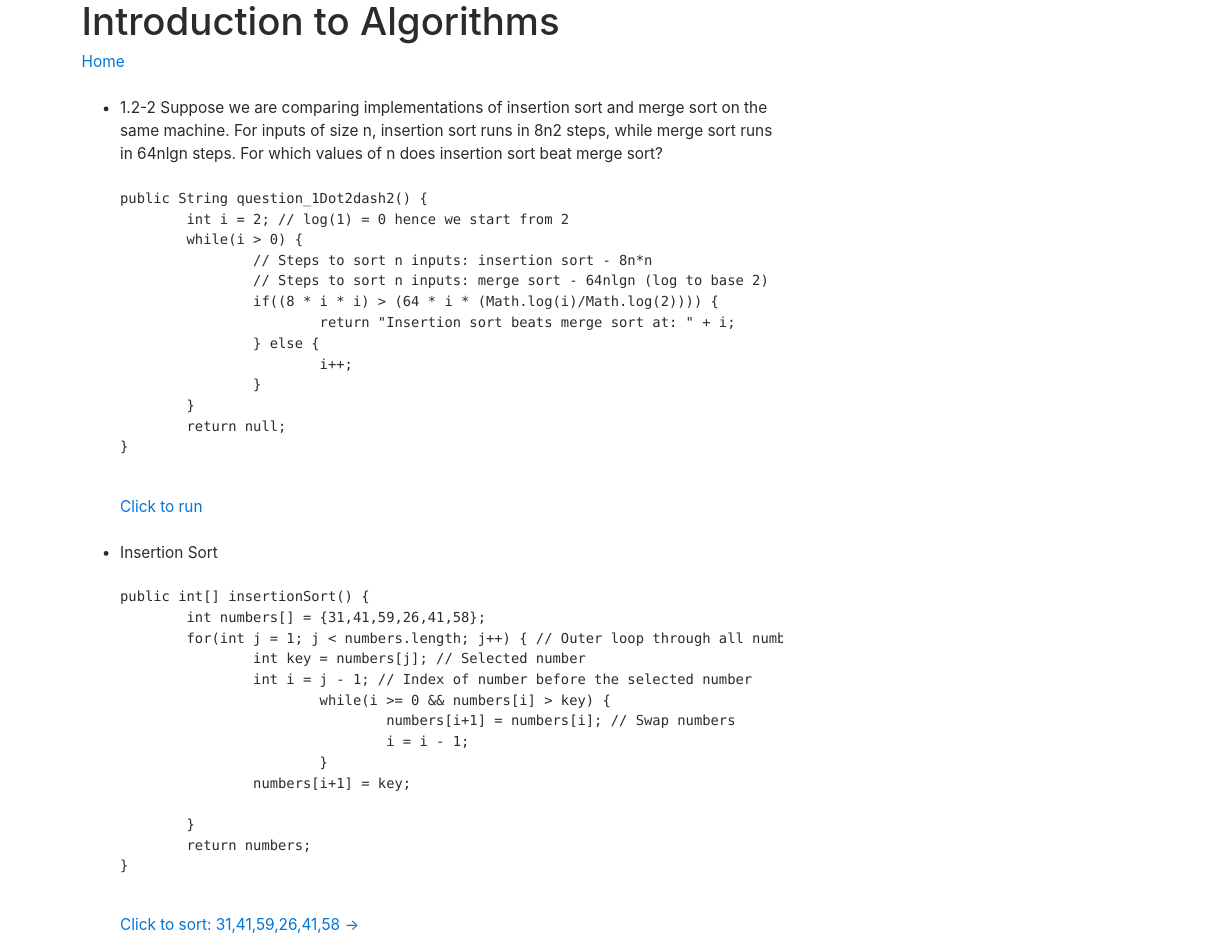
Repository: baltejas/algorithms
Page: http://localhost/algorithms/WEB-INF/views/index.jsp
The author's editor kept a copy of each file at every save. The page is drawn from the files as they stood at one save, then again after the next save.
The browser window is 1280 px wide. The pictures show the whole page, at 96% of full size.
The page is served by Tomcat 9. Nobody is signed in. Other server files are loaded and not shown. The template is opened directly, without the code that normally fills it, so the values that code supplies are empty.

Above is the page before, as saved 2017-05-07 00:42:09.

### algorithms/src/main/webapp/WEB-INF/views/index.jsp
<html>
	<head>
		<link rel="stylesheet" href="resources/css/bootstrap.css">
	</head>
	<body>
		<div class="container">
		<h1>Introduction to Algorithms</h1>
		<a href="/algorithms/list">Home</a>
			<div class="mt-4 row">
				<div class="col-md-8">
					<ul>
						<li>1.2-2 Suppose we are comparing implementations of insertion sort and merge sort on the same machine.
							For inputs of size n, insertion sort runs in 8n2 steps, while merge sort runs in 64nlgn steps.
							For which values of n does insertion sort beat merge sort?<br><br>
								<pre>
public String question_1Dot2dash2() {
	int i = 2; // log(1) = 0 hence we start from 2
	while(i > 0) {
		// Steps to sort n inputs: insertion sort - 8n*n
		// Steps to sort n inputs: merge sort - 64nlgn (log to base 2)
		if((8 * i * i) > (64 * i * (Math.log(i)/Math.log(2)))) {
			return "Insertion sort beats merge sort at: " + i;
		} else {
			i++;
		}
	}
	return null;
}
								</pre>
						<a href="/algorithms/question_1Dot2dash2">Click to run</a>
						<label>${answer}</label>
						</li>

						<li class="mt-4">Insertion Sort<br><br>
								<pre>
public int[] insertionSort() {
	int numbers[] = {31,41,59,26,41,58};
	for(int j = 1; j < numbers.length; j++) { // Outer loop through all numbers
		int key = numbers[j]; // Selected number
		int i = j - 1; // Index of number before the selected number
			while(i >= 0 && numbers[i] > key) {
				numbers[i+1] = numbers[i]; // Swap numbers
				i = i - 1;
			}
		numbers[i+1] = key;

	}
	return numbers;
}
								</pre>
						<a href="/algorithms/insertionSort">Click to sort: 31,41,59,26,41,58  -> </a>
						<label>${sorted}</label>
						</li>

					</ul>
				</div>
			</div>
		</div>
	</body>
</html>

Loaded but not shown: algorithms/src/main/webapp/resources/css/bootstrap.css (library)

After the next save:
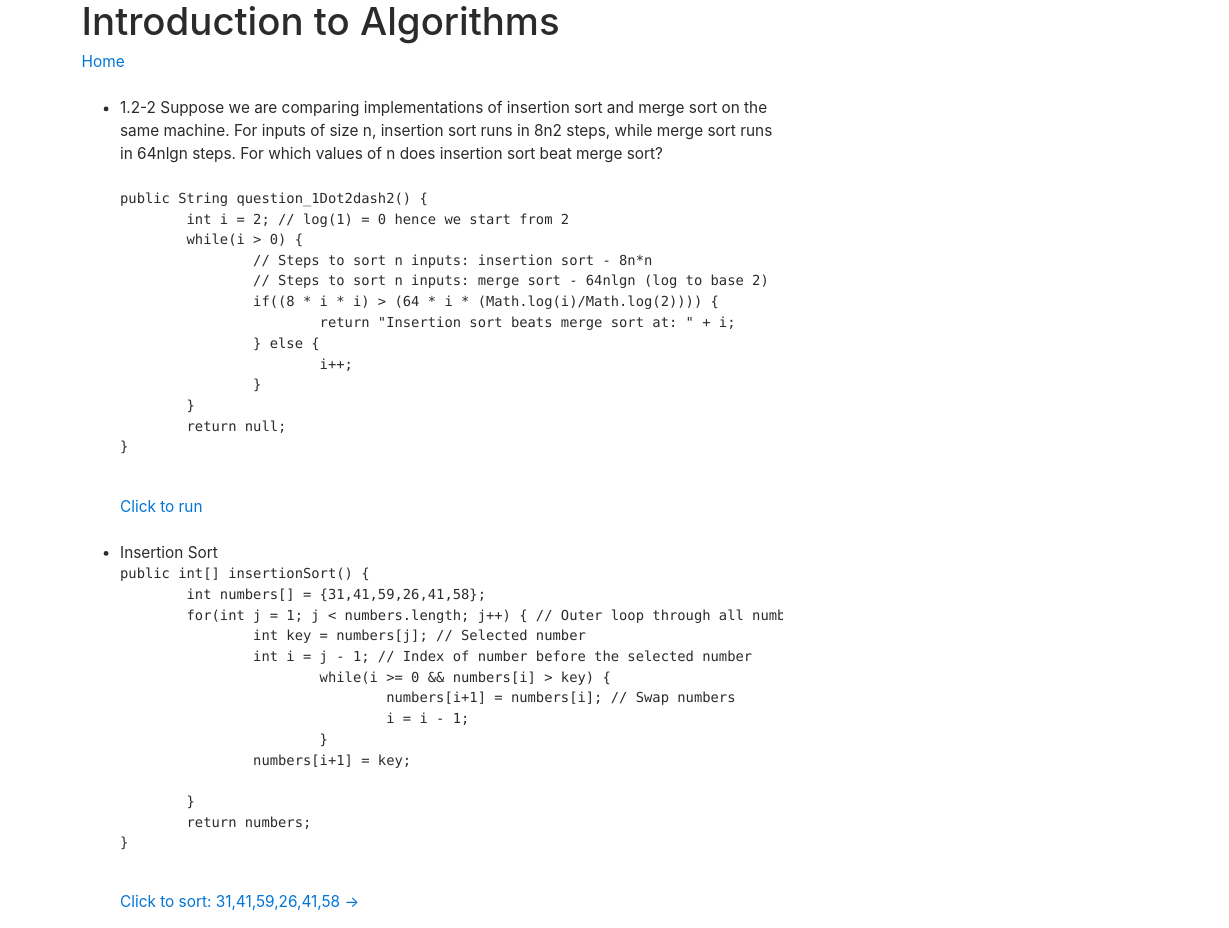
Saved 23 s later.
--- a/algorithms/src/main/webapp/WEB-INF/views/index.jsp
+++ b/algorithms/src/main/webapp/WEB-INF/views/index.jsp
@@ -31,7 +31,7 @@ public String question_1Dot2dash2() {
 						<label>${answer}</label>
 						</li>
 
-						<li class="mt-4">Insertion Sort<br><br>
+						<li class="mt-4">Insertion Sort
 								<pre>
 public int[] insertionSort() {
 	int numbers[] = {31,41,59,26,41,58};
